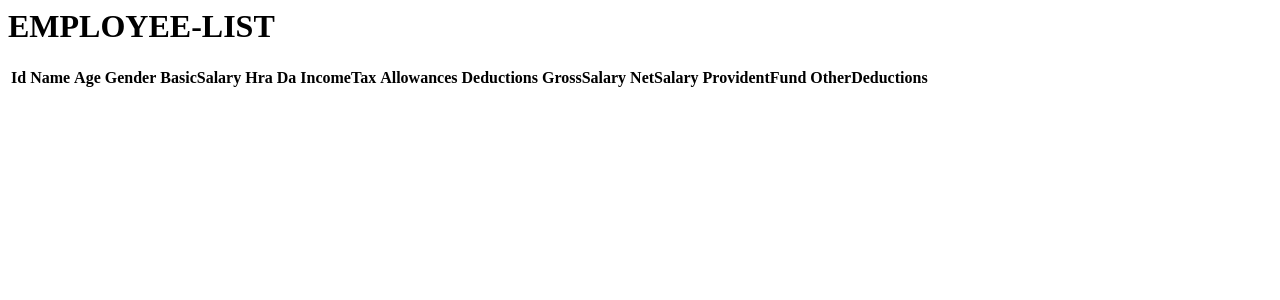
Repository: Ravi-kishor-09/Ravi-projects
Page: http://localhost/employee-list
An editor plug-in stored every save of this project. The page is shown before and after the next save, followed by the edit.
The browser window is 1280 px wide. The pictures show the whole page.
The page is this project's Thymeleaf template; nobody is signed in. The template is opened directly, without the code that normally fills it, so the values that code supplies are empty.

Above is the page before, as saved 2024-12-21 09:58:13.

After the next save:
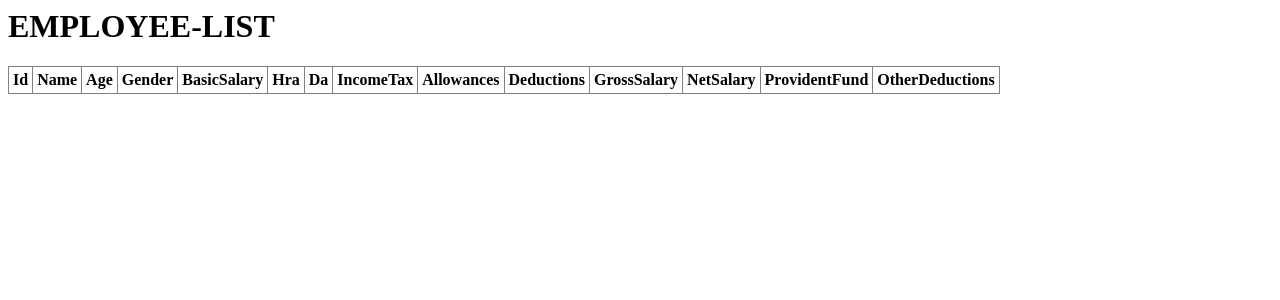
Saved 3 min 45 s later.
--- a/employeemanagement/src/main/resources/templates/employee-list.html
+++ b/employeemanagement/src/main/resources/templates/employee-list.html
@@ -2,7 +2,7 @@
 	<body>
 		<div>
 			<h1> EMPLOYEE-LIST</h1>
-			<table>
+			<table border="1" rules="all" cellpadding="4">
 				<thead>
 					<tr>
 						<th>Id</th>
